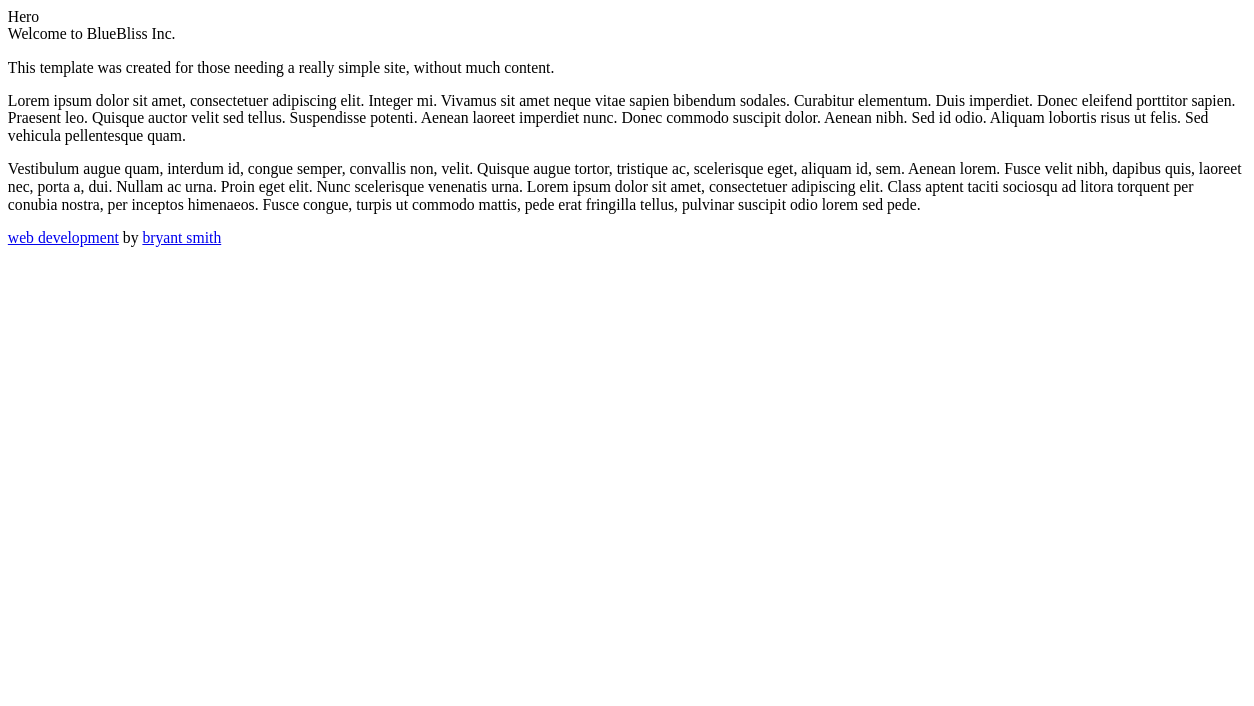
Repository: Scoofster/SWE-Flying-start-bio-website
Page: public/index.html
The author's editor kept a copy of each file at every save. The page is drawn from the files as they stood at one save, then again after the next save.
The browser window is 1280 px wide. The pictures show the whole page, at 98% of full size.

Above is the page before, as saved 2022-06-16 12:25:01.

After the next save:
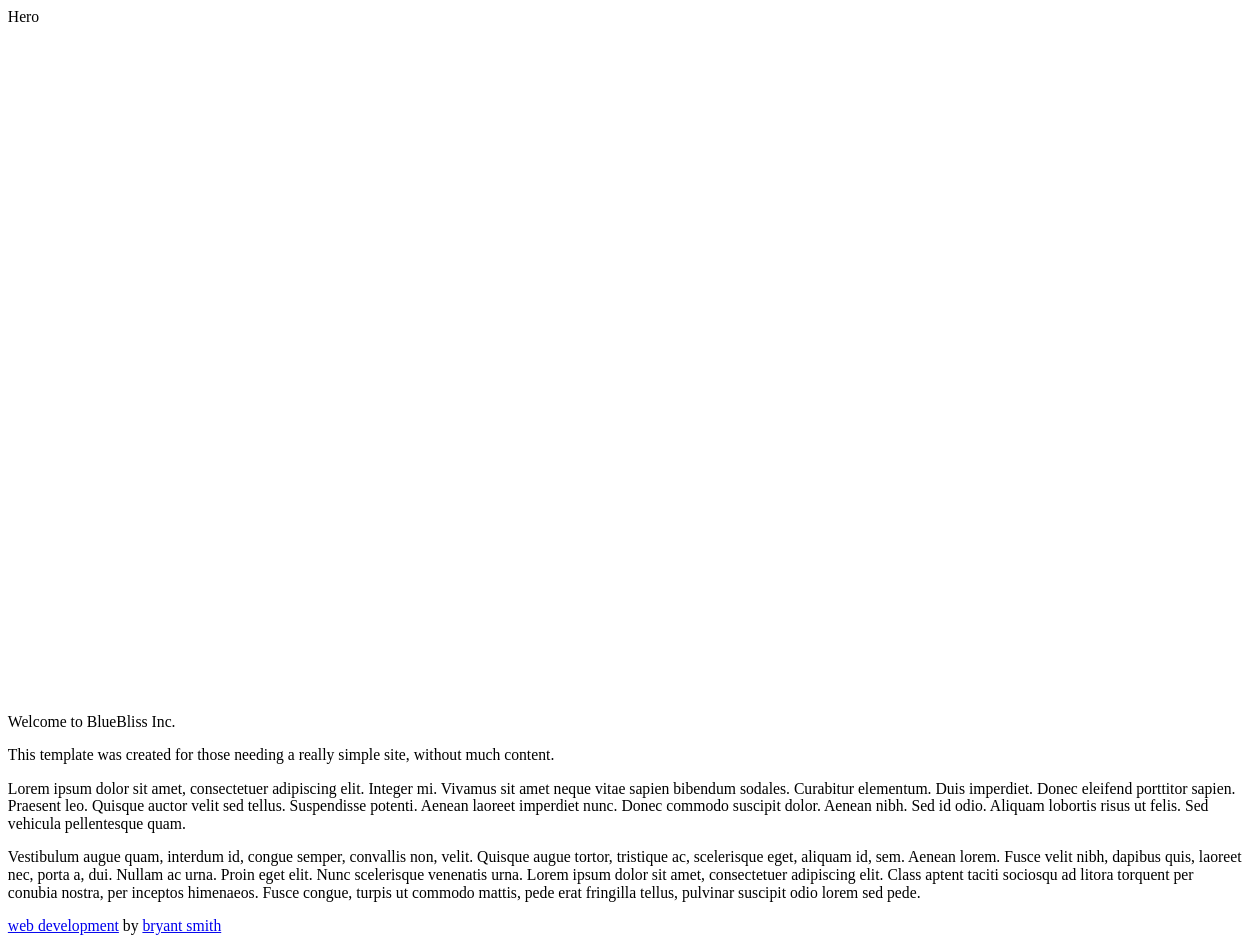
Saved 29 s later.
--- a/public/index.css
+++ b/public/index.css
@@ -3,5 +3,5 @@
 }
 
 #hero {
-    height:
+    height: 100vh;
 }
